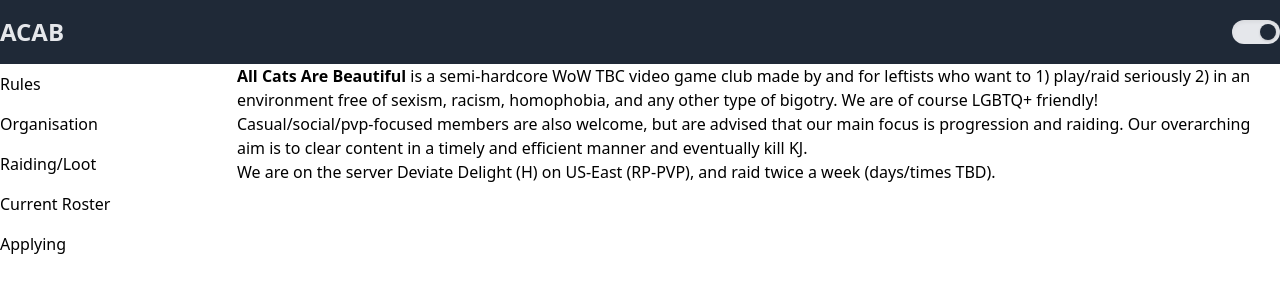
Repository: eaang/catguild_frontend
Page: /
These files come from the project's save history. The page is drawn as it stood at one moment and after the next save; the edit follows.
The browser window is 1280 px wide. The pictures show the whole page.
The project was rebuilt for these pictures with package versions that can differ from the ones it lists, and the page was loaded fresh each time. The framework's server and built-in components were replaced by stand-ins that run in the browser. Also part of the build but not shown: nuxt.config.js, components/ContentBox.vue, components/ContentEditor.vue, components/ImageBox.vue, components/SidebarMain.vue, components/SidebarSub.vue, components/TheFoooter.vue, components/icons/ChevronDown.vue and 19 more. Imported but missing from the stored project, and not drawn on this page: apollo/queries/categories/category.

Above is the page before, as saved 2021-04-02 19:02:10.

### components/SidebarItem.vue
<template>
  <div class="flex justify-between items-center" @click="toggle = !toggle">
    <div class="py-2">{{ title }}</div>
    <div v-if="toggle">y</div>
    <div v-if="toggle">n</div>
  </div>
</template>

<script>
export default {
  props: {
    title: {
      type: String,
      default: 'Category',
    },
  },
  data() {
    return {
      toggle: false,
    }
  },
}
</script>

### components/TheHeader.vue
<template>
  <div
    class="w-full h-16 flex items-center bg-gray-200 dark:bg-gray-800 transition duration-200"
  >
    <div class="container flex justify-between items-center">
      <div class="left-side">
        <nuxt-link to="/"
          ><div class="text-2xl font-bold text-gray-800 dark:text-gray-200">
            ACAB
          </div></nuxt-link
        >
      </div>
      <div class="right-side">
        <div @click="changeTheme">
          <ToggleButton :is-active="thisTheme" />
        </div>
      </div>
    </div>
  </div>
</template>

<script>
export default {
  data() {
    return {
      thisTheme: false,
    }
  },
  methods: {
    changeTheme() {
      this.thisTheme = !this.thisTheme
      this.$nuxt.$emit('change-theme')
    },
  },
}
</script>

### components/TheSidebar.vue
<template>
  <div class="">
    <SidebarItem title="Rules" />
    <SidebarItem title="Organisation" />
    <SidebarItem title="Raiding/Loot" />
    <SidebarItem title="Current Roster" />
    <SidebarItem title="Applying" />
  </div>
</template>

<script>
export default {}
</script>

### components/ToggleButton.vue
<template>
  <div
    class="w-12 h-6 px-1 rounded-full grid justify-items-auto items-center shadow-inner transition duration-200"
    :class="{ 'bg-gray-800': currentStatus, 'bg-gray-200': !currentStatus }"
  >
    <transition name="left">
      <div
        v-if="currentStatus"
        class="bg-gray-200 w-4 h-4 rounded-full shadow justify-self-start shadow-"
      ></div>
    </transition>
    <transition name="right">
      <div
        v-if="!currentStatus"
        class="bg-gray-800 w-4 h-4 rounded-full shadow justify-self-end"
      ></div>
    </transition>
  </div>
</template>

<script>
export default {
  props: {
    isActive: {
      type: Boolean,
      default: false,
    },
  },
  computed: {
    currentStatus() {
      return this.isActive
    },
  },
}
</script>

<style scoped>
.left-enter-active,
.left-leave-enter {
  transform: translateX(0);
  transition: all 0.2s linear;
}
.left-enter,
.left-leave-to {
  transform: translateX(100%);
}
.right-enter-active,
.right-leave-enter {
  transform: translateX(0);
  transition: all 0.2s linear;
}
.right-enter,
.right-leave-to {
  transform: translateX(-100%);
}
</style>

### layouts/default.vue
<template>
  <div class="relative pt-16 h-screen" :class="{ dark: darkTheme }">
    <TheHeader class="absolute inset-x-0 top-0" />
    <div class="container h-full">
      <div class="flex h-full">
        <TheSidebar class="w-1/3 h-full" />
        <Nuxt class="h-full" />
      </div>
      <TheFooter />
    </div>
  </div>
</template>

<script>
export default {
  data() {
    return {
      darkTheme: true,
    }
  },
  created() {
    this.$nuxt.$on('change-theme', () => {
      this.darkTheme = !this.darkTheme
    })
  },
}
</script>

### pages/index.vue
<template>
  <div>
    <p>
      <strong> All Cats Are Beautiful </strong>
      is a semi-hardcore WoW TBC video game club made by and for leftists who
      want to 1) play/raid seriously 2) in an environment free of sexism,
      racism, homophobia, and any other type of bigotry. We are of course LGBTQ+
      friendly!
    </p>
    <p>
      Casual/social/pvp-focused members are also welcome, but are advised that
      our main focus is progression and raiding. Our overarching aim is to clear
      content in a timely and efficient manner and eventually kill KJ.
    </p>
    <p>
      We are on the server Deviate Delight (H) on US-East (RP-PVP), and raid
      twice a week (days/times TBD).
    </p>
  </div>
</template>

<script>
export default {}
</script>

### tailwind.config.js
module.exports = {
  purge: [
    './components/**/*.{vue,js}',
    './layouts/**/*.vue',
    './pages/**/*.vue',
    './plugins/**/*.{js,ts}',
    './nuxt.config.{js,ts}',
  ],
  darkMode: 'class', // or 'media' or 'class'
  theme: {
    container: {
      center: true,
    },
    extend: {},
  },
  variants: {
    extend: {},
  },
  plugins: [],
}

Loaded but not shown: assets/css/tailwind.css (common file); components/TheFooter.vue (common file)

After the next save:
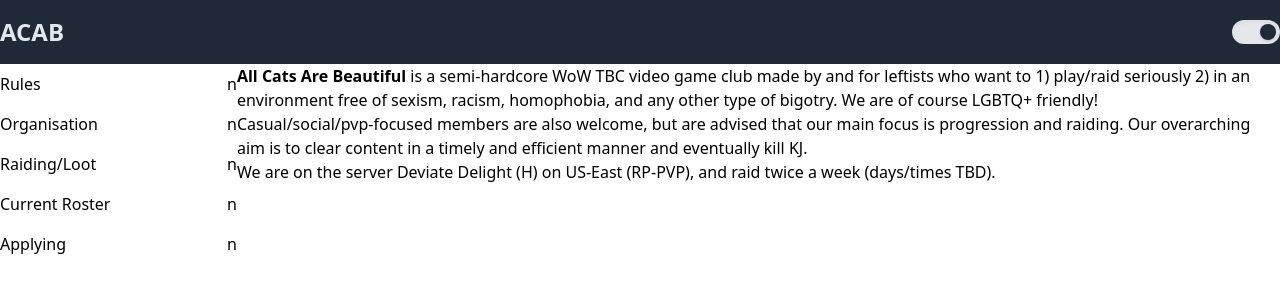
Saved 14 s later.
--- a/components/SidebarItem.vue
+++ b/components/SidebarItem.vue
@@ -2,7 +2,7 @@
   <div class="flex justify-between items-center" @click="toggle = !toggle">
     <div class="py-2">{{ title }}</div>
     <div v-if="toggle">y</div>
-    <div v-if="toggle">n</div>
+    <div v-if="!toggle">n</div>
   </div>
 </template>
 
